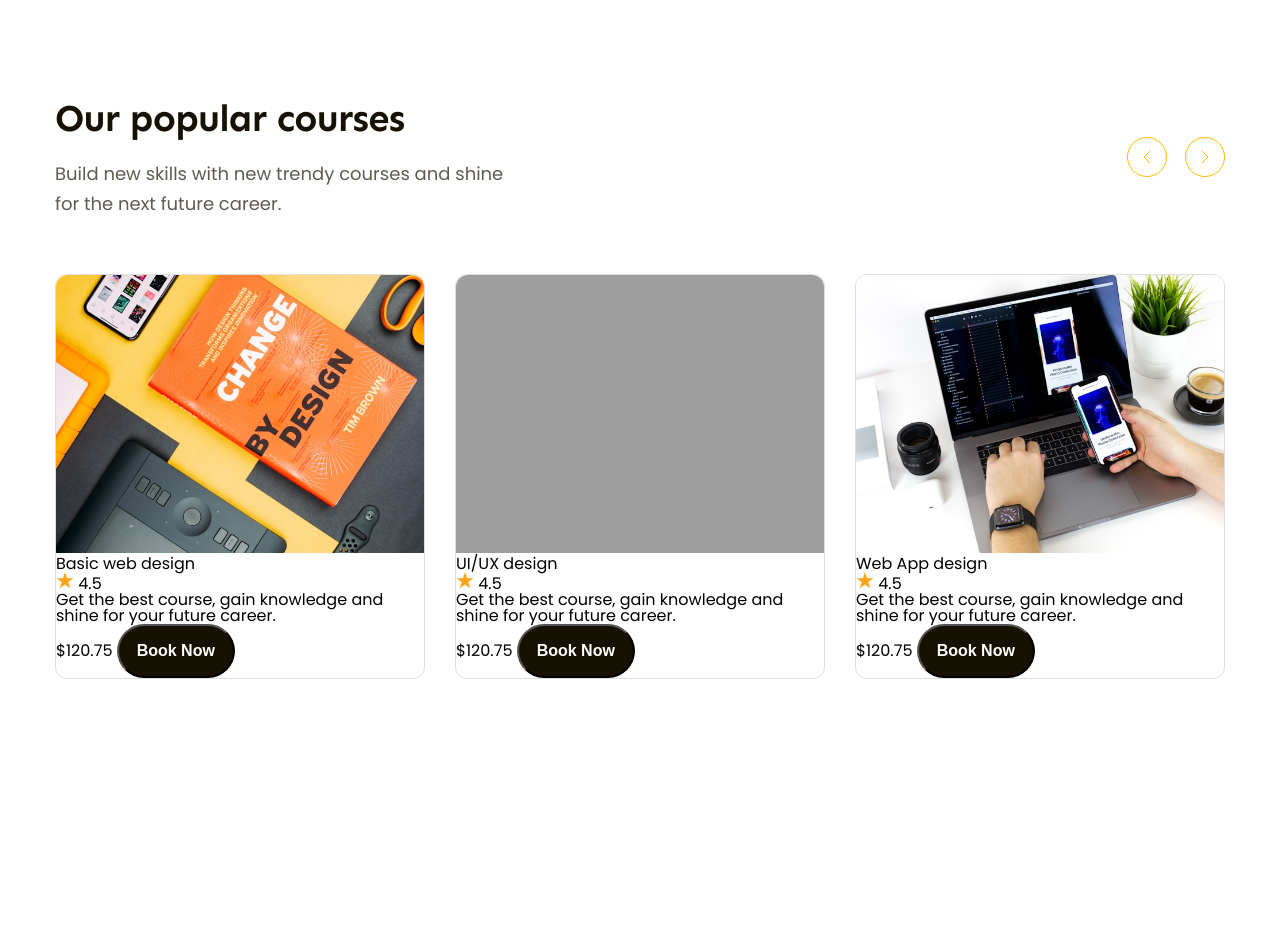
Repository: vancong171001/f8-html-css-02
Page: index.html
The author's editor kept a copy of each file at every save. The page is drawn from the files as they stood at one save, then again after a run of saves.
The browser window is 1280 px wide. The pictures show the part of the page from y = 1005 to 1957 px (the page is 5000 px tall).
Pictures or frames that could not be fetched are drawn as grey boxes. A picture or video elsewhere on the page could not be fetched, so the positions and the page height are approximate.

Above is the page before, as saved 2025-03-11 14:18:11.

### index.html
<!DOCTYPE html>
<html lang="en">
  <head>
    <meta charset="UTF-8" />
    <meta name="viewport" content="width=device-width, initial-scale=1.0" />
    <title>F8 Project 02</title>
    <!-- Reset CSS -->
    <link rel="stylesheet" href="./assets/css/reset.css" />

    <!-- Embed fonts -->
    <link rel="preconnect" href="https://fonts.googleapis.com" />
    <link rel="preconnect" href="https://fonts.gstatic.com" crossorigin />
    <link
      href="https://fonts.googleapis.com/css2?family=Poppins:ital,wght@0,400;0,500;0,600;0,700;1,400&family=Sen:wght@700&display=swap"
      rel="stylesheet"
    />

    <!-- Style CSS -->
    <link rel="stylesheet" href="assets/css/style.css" />
  </head>
  <body>
    <main style="height: 5000px">
      <!-- Header -->
      <header class="header fixed">
        <div class="main-content">
          <div class="body">
            <!-- Logo -->
            <img src="./assets/img/logo.svg" alt="Lesson" class="logo" />

            <!-- Nav -->
            <nav class="nav">
              <ul>
                <li class="active">
                  <a href="#!">Home</a>
                </li>
                <li>
                  <a href="#!">Courses</a>
                </li>
                <li>
                  <a href="#!">Pricing</a>
                </li>
                <li>
                  <a href="#!">Reviews</a>
                </li>
              </ul>
            </nav>

            <!-- Action -->
            <div class="action">
              <a href="#!" class="btn sign-up-btn">Sign Up</a>
            </div>
          </div>
        </div>
      </header>

      <!-- Hero -->
      <div class="hero">
        <div class="main-content">
          <div class="body">
            <!-- Hero left -->
            <div class="media-block">
              <img
                src="https://images.unsplash.com/photo-1740734940319-7208196590b7?w=600&auto=format&fit=crop&q=60&ixlib=rb-4.0.3&ixid=M3wxMjA3fDB8MHxmZWF0dXJlZC1waG90b3MtZmVlZHwxNHx8fGVufDB8fHx8fA%3D%3D"
                alt="Learn without limits and spread knowledge."
                class="img"
              />

              <div class="hero-summary">
                <div class="item">
                  <div class="icon">
                    <img src="./assets/icon/list.svg" alt="" />
                  </div>
                  <div class="info">
                    <p class="lable">20 Courses</p>
                    <p class="title">UI/UX Design</p>
                  </div>
                </div>
                <div class="item">
                  <div class="icon">
                    <img src="./assets/icon/code.svg" alt="" />
                  </div>
                  <div class="info">
                    <p class="lable">20 Courses</p>
                    <p class="title">Development</p>
                  </div>
                </div>
                <div class="item">
                  <div class="icon">
                    <img src="./assets/icon/speaker.svg" alt="" />
                  </div>
                  <div class="info">
                    <p class="lable">30 Courses</p>
                    <p class="title">Marketing</p>
                  </div>
                </div>
              </div>
            </div>

            <!-- Hero right -->
            <div class="content-block">
              <h1 class="heading lv1">
                Learn without limits and spread knowledge.
              </h1>
              <p class="desc">
                Build new skills for that “this is my year” feeling with
                courses, certificates, and degrees from world-class universities
                and companies.
              </p>
              <div class="cta-group">
                <a href="#!" class="btn hero-cta">See Courses</a>
                <button class="watch-video">
                  <div class="icon">
                    <img src="./assets/icon/play.svg" alt="" />
                  </div>
                  <span>Watch Video</span>
                </button>
              </div>
              <p class="desc">Recent engagement</p>
              <p class="desc stats">
                <strong>50K</strong> Students <strong>70+</strong> Courses
              </p>
            </div>
          </div>
        </div>
      </div>

      <!-- Popular -->
      <div class="popular">
        <div class="main-content">
          <div class="popular-top">
            <div class="info">
              <h2 class="heading lv2">Our popular courses</h2>
              <p class="desc">
                Build new skills with new trendy courses and shine for the next
                future career.
              </p>
            </div>
            <div class="controls">
              <button class="control-btn">
                <svg
                  width="8"
                  height="14"
                  viewBox="0 0 8 14"
                  fill="none"
                  xmlns="http://www.w3.org/2000/svg"
                >
                  <path
                    d="M7 1L1 7L7 13"
                    stroke="currentColor"
                    stroke-linecap="round"
                    stroke-linejoin="round"
                  />
                </svg>
              </button>
              <button class="control-btn">
                <svg
                  width="8"
                  height="14"
                  viewBox="0 0 8 14"
                  fill="none"
                  xmlns="http://www.w3.org/2000/svg"
                >
                  <path
                    d="M1 1L7 7L1 13"
                    stroke="currentColor"
                    stroke-linecap="round"
                    stroke-linejoin="round"
                  />
                </svg>
              </button>
            </div>
          </div>

          <div class="course-list">
            <!-- Course Item 1 -->
            <div class="course-item">
              <img
                src="./assets/img/course-1.jpg"
                alt="Basic web design"
                class="thumb"
              />
              <div class="info">
                <div class="head">
                  <h3 class="title">Basic web design</h3>
                  <div class="rating">
                    <img src="./assets/icon/star.svg" alt="Star" class="star" />
                    <span class="value">4.5</span>
                  </div>
                </div>
                <p class="desc">
                  Get the best course, gain knowledge and shine for your future
                  career.
                </p>
                <div class="foot">
                  <span class="price">$120.75</span>
                  <button class="btn">Book Now</button>
                </div>
              </div>
            </div>
            <!-- Course Item 2 -->
            <div class="course-item">
              <img
                src="./assets/img/course-2.jpg"
                alt="UI/UX design"
                class="thumb"
              />
              <div class="info">
                <div class="head">
                  <h3 class="title">UI/UX design</h3>
                  <div class="rating">
                    <img src="./assets/icon/star.svg" alt="Star" class="star" />
                    <span class="value">4.5</span>
                  </div>
                </div>
                <p class="desc">
                  Get the best course, gain knowledge and shine for your future
                  career.
                </p>
                <div class="foot">
                  <span class="price">$120.75</span>
                  <button class="btn">Book Now</button>
                </div>
              </div>
            </div>
            <!-- Course Item 3 -->
            <div class="course-item">
              <img
                src="./assets/img/course-3.jpg"
                alt="Web App design"
                class="thumb"
              />
              <div class="info">
                <div class="head">
                  <h3 class="title">Web App design</h3>
                  <div class="rating">
                    <img src="./assets/icon/star.svg" alt="Star" class="star" />
                    <span class="value">4.5</span>
                  </div>
                </div>
                <p class="desc">
                  Get the best course, gain knowledge and shine for your future
                  career.
                </p>
                <div class="foot">
                  <span class="price">$120.75</span>
                  <button class="btn">Book Now</button>
                </div>
              </div>
            </div>
          </div>
        </div>
      </div>
    </main>
  </body>
</html>

### assets/css/style.css
* {
  box-sizing: border-box;
}

:root {
  --primary-color: #ffb900;
  --font-heading: Sen, san-serif;
}

html {
  font-size: 62.5%;
}

body {
  font-size: 1.6rem;
  font-family: "Poppins", sans-serif;
}

/* ========== Common ========= */
a {
  text-decoration: none;
}

.btn {
  display: inline-block;
  min-width: 118px;
  padding: 0 16px;
  line-height: 50px;
  color: #fff;
  text-align: center;
  font-size: 1.6rem;
  font-weight: 600;
  border-radius: 999px;
  background: #171100;
}

.btn:hover {
  opacity: 0.9;
}

.heading {
  color: #171100;
  font-family: var(--font-heading);
  font-weight: 700;
  letter-spacing: -0.02em;
}

.heading.lv1 {
  font-size: 5.8rem;
  line-height: 1.17; /* 117.241% */
}

.heading.lv2 {
  font-size: 3.8rem;
  line-height: 1.26; /* 126.316% */
}

.main-content {
  width: 1170px;
  max-width: calc(100% - 48px);
  margin-left: auto;
  margin-right: auto;
}

/* ========== Header ========= */
.header {
  background: #fffcf4;
}

.header.fixed {
  position: sticky;
  top: -28px;
  z-index: 1;
}

.header .body {
  display: flex;
  align-items: center;
  padding: 36px 0 8px;
}

.nav {
  margin-left: auto;
}

.nav ul {
  display: flex;
}

.nav a {
  position: relative;
  padding: 8px 21px;
  color: #5f5b53;
  font-size: 1.6rem;
}

.nav a:hover,
.nav li.active a {
  /* font-weight: 600; */
  text-shadow: 1px 0 0 currentColor;
  color: #171100;
}

.nav li.active a::after {
  content: "";
  position: absolute;
  left: 21px;
  bottom: 6px;
  display: block;
  width: 12px;
  height: 2px;
  border-radius: 1px;
  background: #171100;
}

.header .sign-up-btn {
  min-width: 144px;
}

.header .action {
  margin-left: 49px;
}

/* ========== Hero ========= */
.hero {
  padding: 56px 0 65px;
  background: #fffcf4;
}

.hero .body {
  display: flex;
}

/* Hero Left */
.hero .media-block {
  position: relative;
  width: 48%;
}

.hero .media-block .img {
  width: 470px;
  height: 685px;
  object-fit: cover;
  border-radius: 20px;
  display: block;
}

.hero-summary {
  position: absolute;
  right: 0;
  bottom: 48px;
  width: 270px;
  padding: 24px;
  border-radius: 12px;
  background: #fff;
  box-shadow: 0px 16px 32px 0px rgba(0, 0, 0, 0.05);
}

.hero-summary .item {
  display: flex;
  align-items: center;
}

.hero-summary .item + .item {
  margin-top: 22px;
}

.hero-summary .icon {
  width: 48px;
  height: 48px;
  border-radius: 50%;
  display: flex;
  justify-content: center;
  align-items: center;
  background: #fff9e8;
}

.hero-summary .item:nth-of-type(2) .icon {
  background: #fcefff;
}
.hero-summary .item:last-child .icon {
  background: #ebeaff;
}

.hero-summary .info {
  margin-left: 16px;
}

.hero-summary .lable {
  color: #5f5b53;
  font-size: 1.4rem;
  line-height: 1.86; /* 185.714% */
}

.hero-summary .title {
  color: #171100;
  font-size: 1.8rem;
  font-weight: 600;
  line-height: 1.67; /* 166.667% */
}

/* Hero Right */
.hero .content-block {
  width: 52%;
  padding: 64px 0 0 130px;
}

.hero .desc {
  margin-top: 22px;
  color: #5f5b53;
  font-size: 1.8rem;
  line-height: 1.67; /* 166.667% */
}

.hero .cta-group {
  display: flex;
  align-items: center;
  margin: 38px 0 48px;
}

.hero .hero-cta {
  min-width: 180px;
  line-height: 64px;
  background: var(--primary-color);
  border-radius: 32px;
}

.hero .watch-video {
  display: flex;
  align-items: center;
  border: none;
  background: transparent;
  margin-left: 28px;
  cursor: pointer;
}

.hero .watch-video .icon {
  width: 40px;
  height: 40px;
  border-radius: 50%;
  display: flex;
  justify-content: center;
  align-items: center;
  background: #ffffff;
  box-shadow: 0px 8px 16px rgba(0, 0, 0, 0.07);
}

.hero .watch-video span {
  color: #171100;
  font-size: 1.8rem;
  font-weight: 600;
  line-height: 1.67; /* 166.667% */
  margin-left: 14px;
}

.hero .stats {
  margin: 8px 0 0 -28px;
}

.hero .stats strong {
  color: #171100;
  font-family: var(--font-heading);
  font-size: 4.4rem;
  font-weight: 700;
  line-height: 1.22; /* 122.727% */
  padding: 0 8px 0 28px;
}

/* ========== Hero ========= */
.popular {
  padding: 65px 0;
  margin-top: 135px;
}

.popular-top {
  display: flex;
  justify-content: space-between;
  align-items: center;
}

.popular-top .desc {
  color: #5f5b53;
  font-size: 1.8rem;
  line-height: 1.67; /* 166.667% */
  margin-top: 16px;
  width: 458px;
}

.popular-top .controls {
  display: flex;
  gap: 18px;
}

.popular-top .control-btn {
  background: transparent;
  border: 1px solid var(--primary-color);
  width: 40px;
  height: 40px;
  border-radius: 50%;
  display: flex;
  justify-content: center;
  align-items: center;
  color: var(--primary-color);
}

.popular-top .control-btn:hover {
  background: var(--primary-color);
  color: #fff;
  cursor: pointer;
}

.popular .course-list {
  margin-top: 55px;
  display: flex;
  gap: 30px;
}

.popular .course-item {
  flex: 1;
  border-radius: 12px;
  border: 1px solid #e2dfda;
  background: #fff;
}

.popular .course-item .thumb {
  width: 100%;
  border-radius: 12px 12px 0px 0px;
  height: 278px;
  object-fit: cover;
}

Loaded but not shown: assets/css/reset.css (common file)

After the next 2 saves:
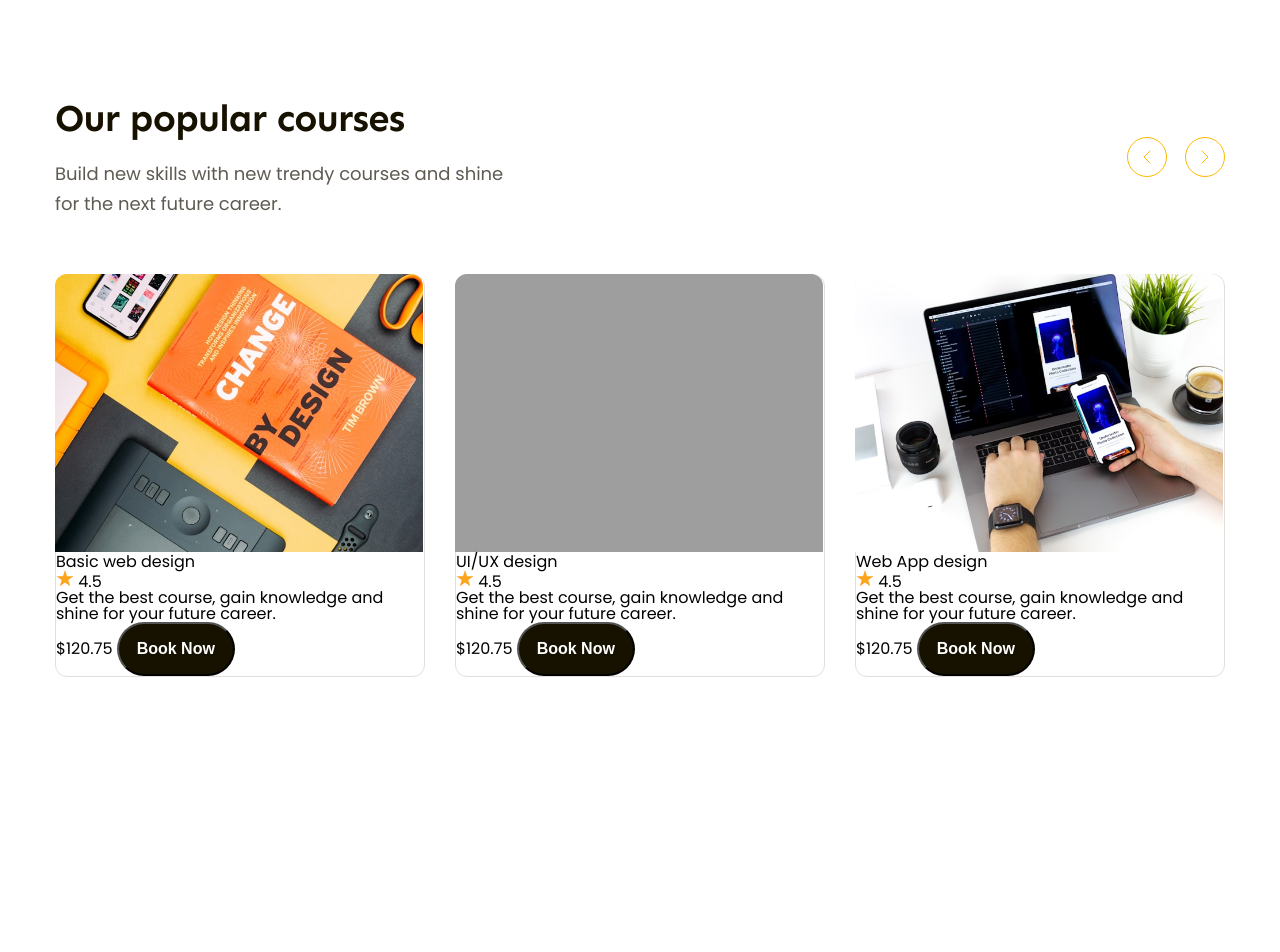
The 2 saves are shown as one change because they came seconds apart.
The last was saved 49 s later.
--- a/assets/css/style.css
+++ b/assets/css/style.css
@@ -327,4 +327,5 @@
   border-radius: 12px 12px 0px 0px;
   height: 278px;
   object-fit: cover;
-}
+  margin: -1px;
+}
